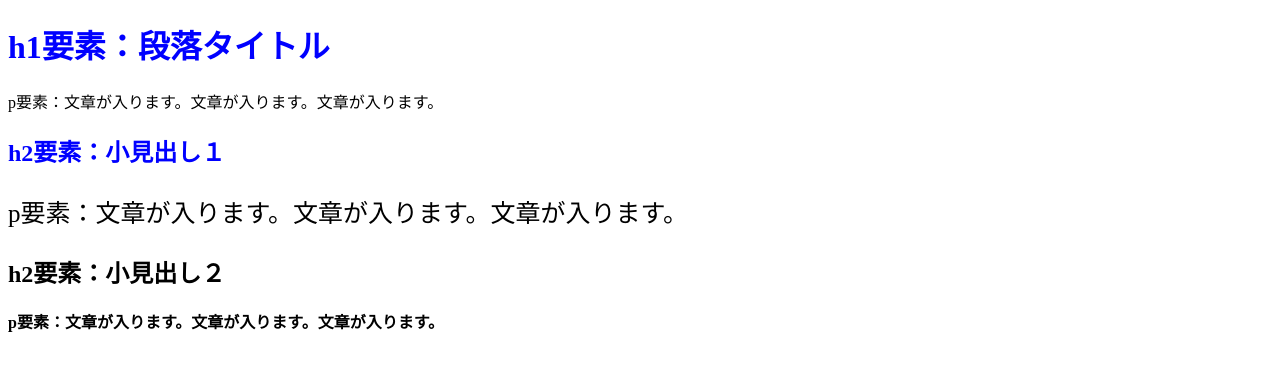
Repository: komikomi650/samurai_HTML-CSS
Page: samurai1/index.html
The author's editor kept a record of every edit. The page is drawn from the files as they stood at one moment, then again after the next edit.
The browser window is 1280 px wide. The pictures show the whole page.

Above is the page before.

### samurai1/index.html
<!DOCTYPE html>
<html lang="en">
<head>
    <meta charset="UTF-8">
    <title>HTML/CSSの学習</title>
    <style>
        .red {
            color: red;
        }
        .blue {
            color: blue;
        }
    </style>
</head>
<body>
    <h1 class="blue">h1要素：段落タイトル</h1>
    <p>p要素：文章が入ります。文章が入ります。文章が入ります。</p>
    <h2 class="blue">h2要素：小見出し１</h2>
    <p style="font-size: 25px;">p要素：文章が入ります。文章が入ります。文章が入ります。</p>
    <h2 id="red">h2要素：小見出し２</h2>
    <p style="font-weight: bold;">p要素：文章が入ります。文章が入ります。文章が入ります。</p>
</body>
</html>

After the next edit:
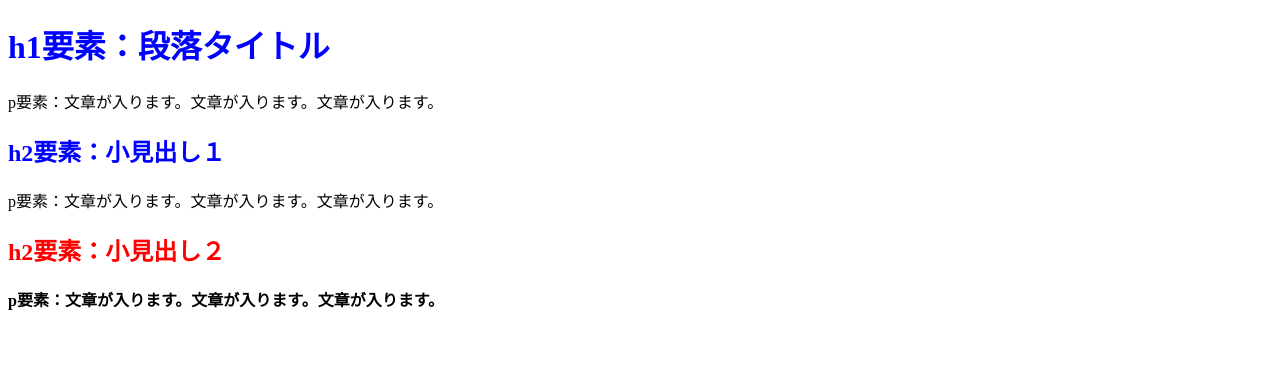
The edit:
--- a/samurai1/index.html
+++ b/samurai1/index.html
@@ -16,8 +16,8 @@
     <h1 class="blue">h1要素：段落タイトル</h1>
     <p>p要素：文章が入ります。文章が入ります。文章が入ります。</p>
     <h2 class="blue">h2要素：小見出し１</h2>
-    <p style="font-size: 25px;">p要素：文章が入ります。文章が入ります。文章が入ります。</p>
-    <h2 id="red">h2要素：小見出し２</h2>
+    <p class="fs-25">p要素：文章が入ります。文章が入ります。文章が入ります。</p>
+    <h2 class="red">h2要素：小見出し２</h2>
     <p style="font-weight: bold;">p要素：文章が入ります。文章が入ります。文章が入ります。</p>
 </body>
 </html>
